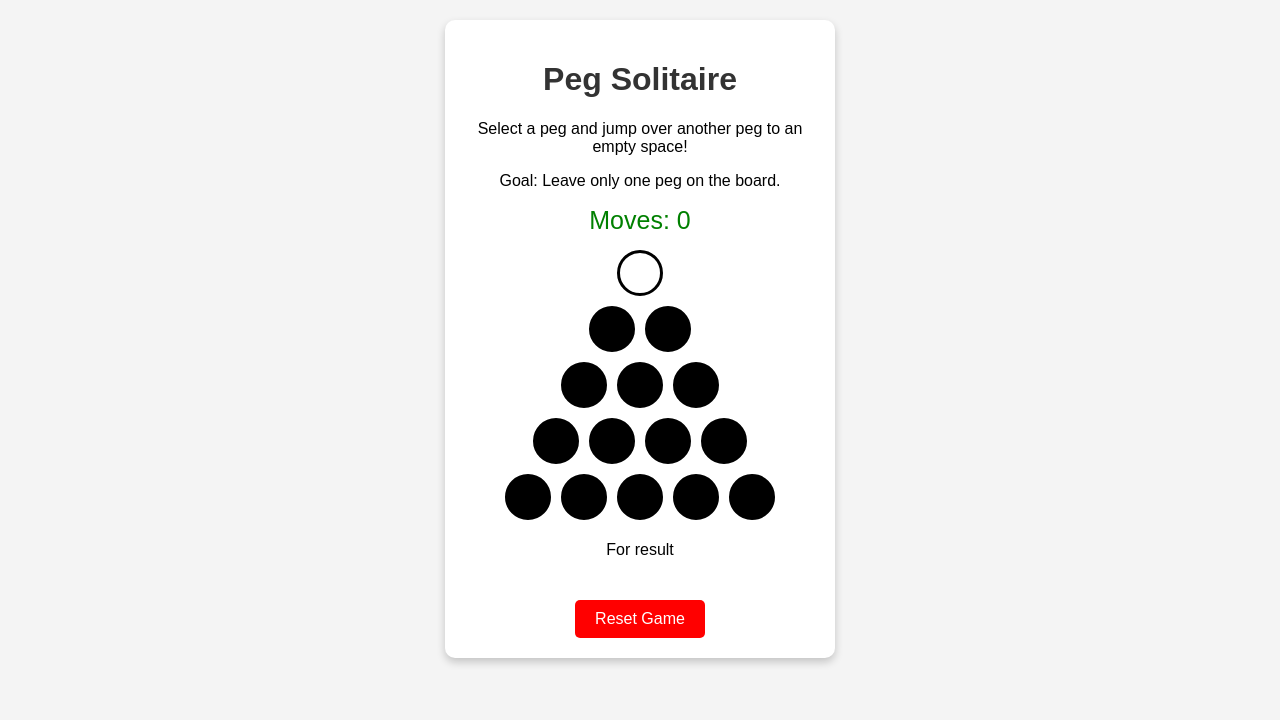
Repository: Yash19075/Mathematical-Peg-game
Page: Peg-game.html
The author's editor kept a copy of each file at every save. The page is drawn from the files as they stood at one save, then again after the next save.
The browser window is 1280 px wide. The pictures show the whole page.

Above is the page before, as saved 2025-03-19 11:04:46.

After the next save:
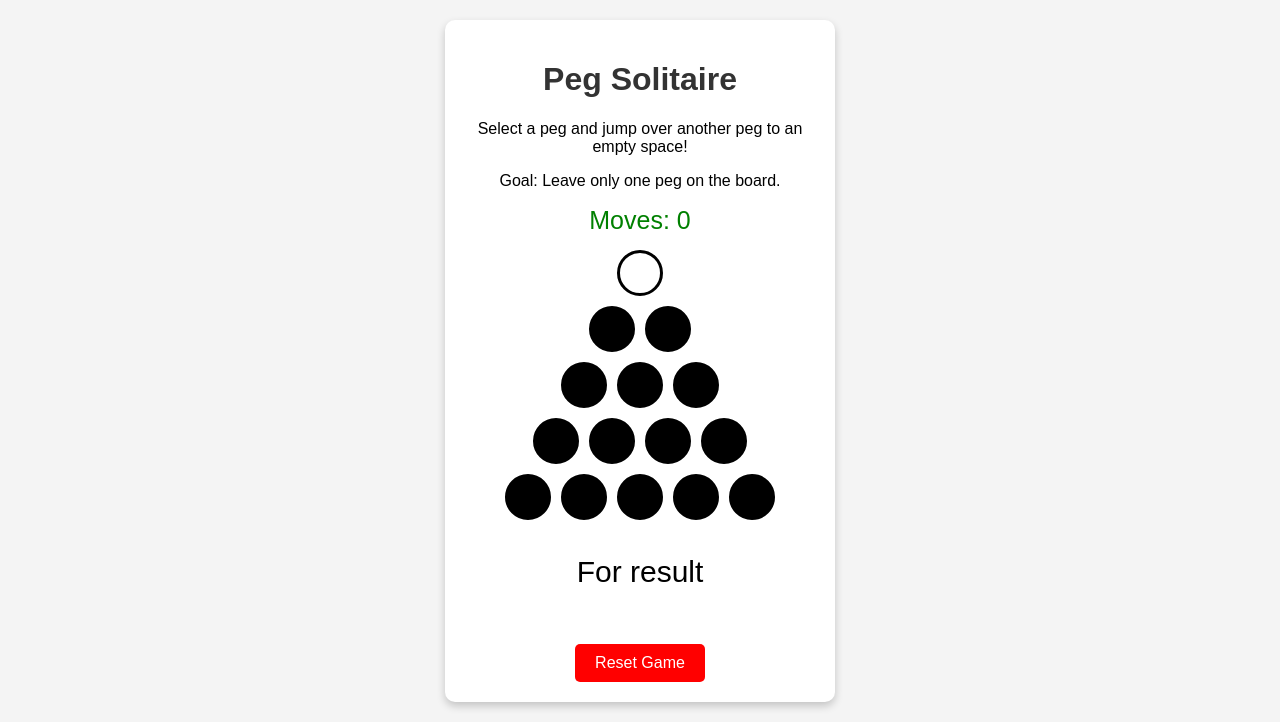
Saved 70 s later.
--- a/Peg-game.css
+++ b/Peg-game.css
@@ -64,3 +64,7 @@ h1 {
     margin-bottom: 0px;
     color: green;
 }
+
+.Result{
+    font-size: 30px;
+}
